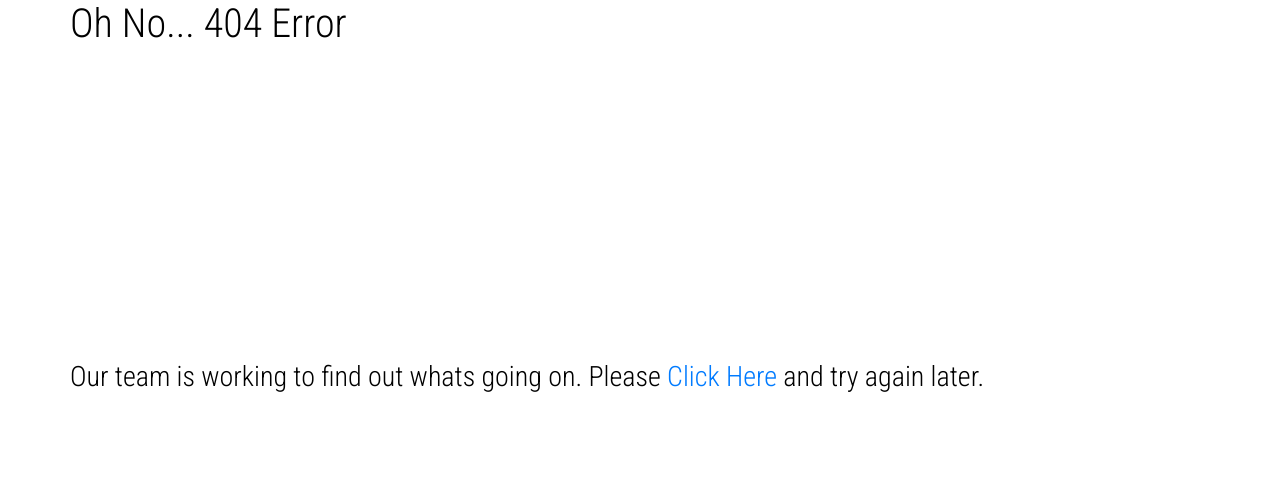
Repository: Code-Institute-Submissions/https-github.com-callendera-Milestone-Project-2
Page: 404.html
The author's editor kept a record of every edit. The page is drawn from the files as they stood at one moment, then again after the next edit.
The browser window is 1280 px wide. The pictures show the whole page.
Some web libraries are served in a nearby version.

Above is the page before.
Console error: TypeError: Cannot read properties of undefined (reading 'fn')

### 404.html
<!DOCTYPE html>
<html lang="en">

<head>
    <meta charset="UTF-8">
    <meta name="viewport" content="width=device-width, initial-scale=1.0">
    <meta http-equiv="X-UA-Compatible" content="ie=edge">
    <title>Fayette County PRIDE</title>


    <link href="https://fonts.googleapis.com/css?family=Amatic+SC:700|Roboto+Condensed:300&display=swap" rel="stylesheet">

    <!--this code provides my Icons-->
    <link rel="stylesheet" href="https://use.fontawesome.com/releases/v5.8.1/css/all.css" integrity="sha384-50oBUHEmvpQ+1lW4y57PTFmhCaXp0ML5d60M1M7uH2+nqUivzIebhndOJK28anvf" crossorigin="anonymous">
    <!--this code allows me to use bootstrap styles and pieces of code-->
    <link rel="stylesheet" href="https://stackpath.bootstrapcdn.com/bootstrap/4.3.1/css/bootstrap.min.css" integrity="sha384-ggOyR0iXCbMQv3Xipma34MD+dH/1fQ784/j6cY/iJTQUOhcWr7x9JvoRxT2MZw1T" crossorigin="anonymous">

    <!--links to my style sheet: style.css-->
    <link rel="stylesheet" href="assets/css/style.css" type="text/css" />




</head>

<body class="text-center">

    <div class="container">
        <div class="row">
   <h1>Oh No... 404 Error</h1>
   <div class="error-body">

   </div>
    <h3>Our team is working to find out whats going on. Please <a href="index.html">Click Here</a> and try again later.</h3>
    </div>

    <!--positioning engine, used throughout webpage-->
    <script src="https://cdnjs.cloudflare.com/ajax/libs/popper.js/1.14.7/umd/popper.min.js " integrity="sha384-UO2eT0CpHqdSJQ6hJty5KVphtPhzWj9WO1clHTMGa3JDZwrnQq4sF86dIHNDz0W1 " crossorigin="anonymous "></script>

    <!--script needed to link my bootstrap javascript classes-->
    <script src="https://stackpath.bootstrapcdn.com/bootstrap/4.3.1/js/bootstrap.min.js " integrity="sha384-JjSmVgyd0p3pXB1rRibZUAYoIIy6OrQ6VrjIEaFf/nJGzIxFDsf4x0xIM+B07jRM " crossorigin="anonymous "></script>


    </div>

    <!-- Modal -->


</body>

</html>

### assets/css/style.css
/** {*/

/*  background: #000 !important;*/

/*  color: #0f0 !important;*/

/*  outline: solid #f00 1px !important;*/

/*}*/

/*--Background Styles--*/

body {
    font-family: 'Roboto Condensed', sans-serif;

    background-color: #ffffff;
    color: black;
    font-size: 20px;
}

footer {
    background-color: #686464;
    color: #ffffff;
    font-size: 12px;
}

.error-body {
    background: url("../images/bounce.gif")repeat center center fixed;
    -webkit-background-size: cover;
    -moz-background-size: cover;
    -o-background-size: cover;
    background-size: contain;

    overflow: hidden;

    align-items: center;
    justify-content: center;
    height: 50vh;
}

.contact-info {
    padding-top: 20px;
}

.callout-container {
    /*--- sets background image for callout container. it is set to not repeat, so the image doesnt stretch, and the image will be centered horizontally and pushed to the top of the container. the background will also not scroll, but remained positioned so things will scroll past it---*/
    background: url("../images/crowd.jpg")no-repeat center center fixed;
    /*--- adjusts background for different browsers ---*/
    -webkit-background-size: cover;
    -moz-background-size: cover;
    -o-background-size: cover;
    background-size: cover;

    /*--- makes the background fit to the container ---*/
    overflow: hidden;

    /*--- aligns and justifies text in container ---*/
    align-items: center;
    justify-content: center;
    /*--- the height that container will take up in the viewport ---*/
    height: 100vh;

}

.involved-container {
    color: black;
    padding-top: 500px;

    /*--- makes the background fit to the container ---*/
    overflow: hidden;

    /*--- aligns and justifies text in container ---*/
    align-items: center;
    justify-content: center;
    /*--- the height that container will take up in the viewport ---*/
    height: 60vh;

}

.opaque-overlay {
    /*---positioned relative to the nearest positioned ancestor---*/
    position: absolute;
    top: 0;
    left: 0;
    /*--- size of overlay to just cover background image ---*/
    height: 100%;
    width: 100%;
    /*--- color of background to be grey but almost transparent to make white text stand out ---*/
    background-color: rgba(0, 0, 0, 0.55);

    /*---pulls content forward to be visible on Z-index axis---*/
    z-index: 1;

}

/*--Navbar Styles--*/

.my-navbar {
    font-family: 'Roboto Condensed', sans-serif;

    /*--- removes margins automatically set by bootstrap ---*/
    margin: 0;
    /*--- removes padding automatically set by bootstrap ---*/
    padding-left: 20px;
    padding-right: 20px;
    padding-bottom: 0;
    padding-top: 0;
    background-color: #ffffff;
    /*--- color of text white ---*/
    height: 150px;
}

.my-navbar-nav {
    /*--- removes padding automatically set by bootstrap ---*/
    padding-left: 30px;
    background-color: #ffffff;


}



.my-nav-link {
    /*--- color of text white ---*/
    color: black;
    /*--- color change transition when hovering over my-nav-link ---*/
    transition: all 0.40s ease-in-out;
    -moz-transition: all 0.40s ease-in-out;
    -webkit-transition: all 0.40s ease-in-out;
    -o-transition: all 0.40s ease-in-out;
    /*--- adjustments for each web browser ---*/
}


.my-navbar-toggler {
    /*--- display to fill contents ---*/
    display: contents;
    width: 2em;
    height: 2em;
    /*--- aligns to fit toggler container ---*/
    vertical-align: middle;
    /*--- content aligned according to parent element ---*/
    content: "";
    /*--- toggler doesn't repeat and it center to container ---*/
    background: no-repeat center center;
    /*--- toggler 100% of toggler container ---*/
    background-size: 100% 100%;

    /*--- color of text white ---*/
    color: black;
    /*--- removes margins automatically set by bootstrap ---*/
    margin-right: 30px;
}

.my-navbar-toggler-icon {
    /*--- color of icon white ---*/
    color: black;

}

.my-navbar-brand {
    font-family: 'Amatic SC', cursive;

}

/*--Buttons--*/

.my-btn {
    /*---blue color--*/
    background-color: #28a74500;
    border-color: #03A9F4;
    color: #03A9F4;
    font-weight: 800;

}

.my-btn:hover {
    /*--- color of background: blue ---*/
    background-color: #03A9F4;
    /*--- when mouse is hovered the button will transition for .40seconds to a darker green color. the color will gradually ease in and then ease out. ---*/
    transition: all 0.40s ease-in-out;
    -moz-transition: all 0.40s ease-in-out;
    -webkit-transition: all 0.40s ease-in-out;
    -o-transition: all 0.40s ease-in-out;
    /*--- adjustments for each web browser ---*/
}

.my-involved-btn {
    background-color: #ffffff;
    border-color: #03A9F4;
    color: #03A9F4;
}

.my-involved-btn:hover {
    /*--- color of background: blue ---*/
    background-color: #03A9F4;
    /*--- when mouse is hovered the button will transition for .40seconds to a darker green color. the color will gradually ease in and then ease out. ---*/
    transition: all 0.40s ease-in-out;
    -moz-transition: all 0.40s ease-in-out;
    -webkit-transition: all 0.40s ease-in-out;
    -o-transition: all 0.40s ease-in-out;
    /*--- adjustments for each web browser ---*/
}

.app-heading {
    padding-bottom: 30px;
}


.volunteer-form {
    padding-top: 200px;
    padding-bottom: 100px;
}

.footer-NPO {
    padding-top: 20px;
}

.footer-social-media {
    padding-left: 20px;
    padding-top: 20px;
}

.footer-social-media i {
    /*---blue color--*/
    color: #03A9F4;
    font-size: 20px;

}

.footer-social-media i:hover {
    /*--- color of background: darker green ---*/
    color: #2567ae;
    /*--- when mouse is hovered the button will transition for .40seconds to a darker green color. the color will gradually ease in and then ease out. ---*/
    transition: all 0.40s ease-in-out;
    -moz-transition: all 0.40s ease-in-out;
    -webkit-transition: all 0.40s ease-in-out;
    -o-transition: all 0.40s ease-in-out;
    /*--- adjustments for each web browser ---*/
}

.social-heading {
    padding-top: 100px;
    font-size: 25px;
}

.social-media i {
    /*---blue color--*/
    color: #03A9F4;
    font-size: 30px;
    padding: 15px;
}

.social-media i:hover {
    /*--- color of background: darker green ---*/
    color: #2567ae;
    /*--- when mouse is hovered the button will transition for .40seconds to a darker green color. the color will gradually ease in and then ease out. ---*/
    transition: all 0.40s ease-in-out;
    -moz-transition: all 0.40s ease-in-out;
    -webkit-transition: all 0.40s ease-in-out;
    -o-transition: all 0.40s ease-in-out;
    /*--- adjustments for each web browser ---*/
}


.my-icon i {
    /*---blue color--*/
    color: #03A9F4;
    font-size: 50px;
}

.my-icon i:hover {
    /*--- color of background: darker blue ---*/
    color: #2567ae;
    /*--- when mouse is hovered the button will transition for .40seconds to a darker blue color. the color will gradually ease in and then ease out. ---*/
    transition: all 0.40s ease-in-out;
    -moz-transition: all 0.40s ease-in-out;
    -webkit-transition: all 0.40s ease-in-out;
    -o-transition: all 0.40s ease-in-out;
    /*--- adjustments for each web browser ---*/
}

/*--- Images ---*/

.involved-div3 {

    background: url("../images/holding.jpg")no-repeat center center;
    /*--- adjusts background for different browsers ---*/
    -webkit-background-size: cover;
    -moz-background-size: cover;
    -o-background-size: cover;
    background-size: cover;

    /*--- makes the background fit to the container ---*/
    overflow: hidden;

    /*--- aligns and justifies text in container ---*/
    align-items: center;
    justify-content: center;

    width: 300px;
    height: 300px;
}

.involved-div2 {

    background: url("../images/vendors.jpg")no-repeat center center;
    /*--- adjusts background for different browsers ---*/
    -webkit-background-size: cover;
    -moz-background-size: cover;
    -o-background-size: cover;
    background-size: cover;

    /*--- makes the background fit to the container ---*/
    overflow: hidden;

    /*--- aligns and justifies text in container ---*/
    align-items: center;
    justify-content: center;

    width: 300px;
    height: 300px;
}

.involved-div1 {

    background: url("../images/rainbow.jpg")no-repeat center center;
    /*--- adjusts background for different browsers ---*/
    -webkit-background-size: cover;
    -moz-background-size: cover;
    -o-background-size: cover;
    background-size: cover;

    /*--- makes the background fit to the container ---*/
    overflow: hidden;

    /*--- aligns and justifies text in container ---*/
    align-items: center;
    justify-content: center;

    width: 300px;
    height: 300px;
}

.involved-padding {
    /*padding-top: 10px;*/
    font-size: 14.3px;
}


.involved-margin {
    margin-top: 40px;
}


.involved-span {
    width: 200px;
    height: 300px;
    background-color: #03A9F4;
    margin: auto;
    color: #ffffff;
}

.event-container {
    padding-top: 80px;
}

.history-div {
    width: 300px;
    margin: auto;
    padding-top: 150px;
}

.group-image-div {

    background: url("../images/group.png")no-repeat center center;
    /*--- adjusts background for different browsers ---*/
    -webkit-background-size: cover;
    -moz-background-size: cover;
    -o-background-size: cover;
    background-size: cover;

    /*--- makes the background fit to the container ---*/
    overflow: hidden;

    /*--- aligns and justifies text in container ---*/
    align-items: center;
    justify-content: center;

    height: 300px;
    width: 800px;
    margin-left: ;

}

.insta1 {
    background: url("../images/day.png")no-repeat center center;
    /*--- adjusts background for different browsers ---*/
    -webkit-background-size: cover;
    -moz-background-size: cover;
    -o-background-size: cover;
    background-size: cover;

    /*--- makes the background fit to the container ---*/
    overflow: hidden;

    /*--- aligns and justifies text in container ---*/
    align-items: center;
    justify-content: center;
}

.insta2 {
    background: url("../images/stonewall.png")no-repeat center center;
    /*--- adjusts background for different browsers ---*/
    -webkit-background-size: cover;
    -moz-background-size: cover;
    -o-background-size: cover;
    background-size: cover;

    /*--- makes the background fit to the container ---*/
    overflow: hidden;

    /*--- aligns and justifies text in container ---*/
    align-items: center;
    justify-content: center;
}

.insta3 {
    background: url("../images/pride2.png")no-repeat center center;
    /*--- adjusts background for different browsers ---*/
    -webkit-background-size: cover;
    -moz-background-size: cover;
    -o-background-size: cover;
    background-size: cover;

    /*--- makes the background fit to the container ---*/
    overflow: hidden;

    /*--- aligns and justifies text in container ---*/
    align-items: center;
    justify-content: center;
}

.insta4 {
    background: url("../images/poster.png")no-repeat center center;
    /*--- adjusts background for different browsers ---*/
    -webkit-background-size: cover;
    -moz-background-size: cover;
    -o-background-size: cover;
    background-size: cover;

    /*--- makes the background fit to the container ---*/
    overflow: hidden;
    /*--- aligns and justifies text in container ---*/
    align-items: center;
    justify-content: center;
}


.insta5 {
    background: url("../images/wrong.png")no-repeat center center;
    /*--- adjusts background for different browsers ---*/
    -webkit-background-size: cover;
    -moz-background-size: cover;
    -o-background-size: cover;
    background-size: cover;

    /*--- makes the background fit to the container ---*/
    overflow: hidden;

    /*--- aligns and justifies text in container ---*/
    align-items: center;
    justify-content: center;
}

.insta6 {
    background: url("../images/sky.png")no-repeat center center;
    /*--- adjusts background for different browsers ---*/
    -webkit-background-size: cover;
    -moz-background-size: cover;
    -o-background-size: cover;
    background-size: cover;

    /*--- makes the background fit to the container ---*/
    overflow: hidden;

    /*--- aligns and justifies text in container ---*/
    align-items: center;
    justify-content: center;
}

.insta-container {
    padding-left: 85px;
}

.insta-div {
    width: 200px;
    height: 200px;
    background-color: black;
    margin-bottom: 40px;
}

/*---------------TIMELINE-------------*/

.time-map-margin {
    margin-top: 40px;
}

.map {
    height: 200px;
}

div#map {

    min-height: 360px;

}

.events-heading {
    margin-top: 80px;
}

.my-timeline-item {
    /*--- removes padding automatically set by bootstrap ---*/
    padding: 4em 2em 0em 2em;
    /*---positioned relative to normal position---*/
    position: relative;
    /*--- creates solid line for timeline ---*/
    border-left: 1px solid;
}

.my-timeline-item p {
    /*--- removes padding automatically set by bootstrap ---*/
    padding: 0;
    /*--- removes margins automatically set by bootstrap ---*/
    margin: 0;
}

/*--- 'before' sets dates ---*/

.my-timeline-item:before {
    /*--- timeline displays dates to and the attribute sets them to be in order ---*/
    content: attr(data-dates);
    position: absolute;
    left: 2.5em;
    top: 3em;
    display: block;
    font-weight: 500;
    font-size: 0.8em;
    /*--- removes padding automatically set by bootstrap ---*/
    padding: 0;
    /*--- removes margins automatically set by bootstrap ---*/
    margin: 0;
}

/*--- 'after sets dots  ---*/

.my-timeline-item:after {
    width: 12px;
    height: 12px;
    display: block;
    top: 2.4em;
    /*---positioned relative to the nearest positioned ancestor---*/
    position: absolute;
    left: -6px;
    border-radius: 12px;
    content: '';
    background-color: black;
}

.my-timeline {
    /*--- removes padding automatically set by bootstrap ---*/
    padding-left: 100px;
    padding-top: 20px;
    padding-right: 50px;
    padding-bottom: 20px;

    z-index: 2;
}



/*---MISC.--*/

.my-block-divider {
    width: 250px;
    height: 3px;
    /*--- no outline on divider ---*/
    border: 0;
    /*--- color of block divider, grey and slightly transparent ---*/
    background-color: #ffeb3b;
}

.my-text-box {
    padding: 25px;
}

.myform {
    width: 250px;
    margin: auto;
}

.my-jumbotron {
    height: 630px;
    width: 325px;
    margin-left: 25px;
    margin-top: 120px;
    font-size: 40px;

}

.involved-container {
    padding: 0px;
}

.cover-heading {
    font-family: 'Amatic SC', cursive;
    font-size: 100px;
    padding-top: 100px;

}

/*---Media Queries--*/

@media (min-width: 576px) {
    .my-navbar-nav {
        padding-left: 0px;
    }

    .opaque-overlay {
        height: 60vh;

    }

    .involved-container {
        padding: 0px;
    }

    .my-jumbotron {
        width: 500px;
        margin-left: 38px;
        margin-right: 38px;
        margin-top: 90px;
    }
    .myform {
        width: 400px;
    }

    .insta-div {
        height: 130px;
        width: 130px;
        margin: 10px;
    }

    .insta-container {
        margin: auto;
        padding-left: 60px;
        padding-right: 60px;
    }

}

@media (min-width: 768px) {

    .insta-div {
        height: 170px;
        width: 170px;
        margin: 10px;
    }

    .insta-container {
        margin: auto;
        padding-left: 90px;
        padding-right: 60px;
    }

    .involved-padding {
        padding-top: 40px;
    }

    .involved-span {
        padding-top: 30px;

    }
    .history-div {
        width: 600px;

        padding-top: 150px;

    }

    .my-jumbotron {
        width: 600px;
        margin-left: 84px;
        margin-right: 84px;
        margin-top: 100px;
    }

    .myform {
        width: 500px;
        margin: auto;
    }
}

@media (min-width: 992px) {

    .my-jumbotron {
        width: 900px;
        margin-left: 46px;
        margin-right: 46px;
        margin-top: 85px;
    }

    .myform {
        width: 800px;
    }

    .involved-margin {
        margin-left: 150px;
        margin-right: 150px;
        margin-top: 40px;

    }

    .involved-span {
        padding-top: 30px;
        background-color: #03A9F4;
        margin-top: 200px;
        color: #ffffff;
    }

    .history-div {
        width: 600px;

        padding-top: 150px;

    }

    .insta-div {

        margin: 40px;
    }


}

@media (min-width: 1200px) {

    .opaque-overlay {
        height: 90vh;

    }

    .my-jumbotron {

        width: 1150px;
        margin: auto;
        margin-top: 100px;

    }


    .history-div {
        width: 600px;

        padding-top: 150px;
        margin: auto;
    }



    .involved-margin {
        margin-left: 140px;
        margin-right: 250px;
        margin-top: 40px;
        width: 850px;
    }



    .involved-span {

        background-color: #03A9F4;
        margin-top: 200px;
        color: #ffffff;
    }

    .involved-div1 {
        width: 300px;
        height: 300px;
    }
    .involved-div2 {
        width: 300px;
        height: 300px;
    }
    .involved-div3 {
        width: 300px;
        height: 300px;
    }

    .myform {
        width: 1100px;
        margin: auto;
    }

    .involved-padding {
        padding-right: 15px;
        padding-left: 15px;
        padding-top: 40px;
    }


    .my-block-divider {
        width: 300px;

    }

    .insta-div {
        width: 250px;
        height: 250px;
        background-color: black;
        margin: 40px;
    }
}

After the next edit:
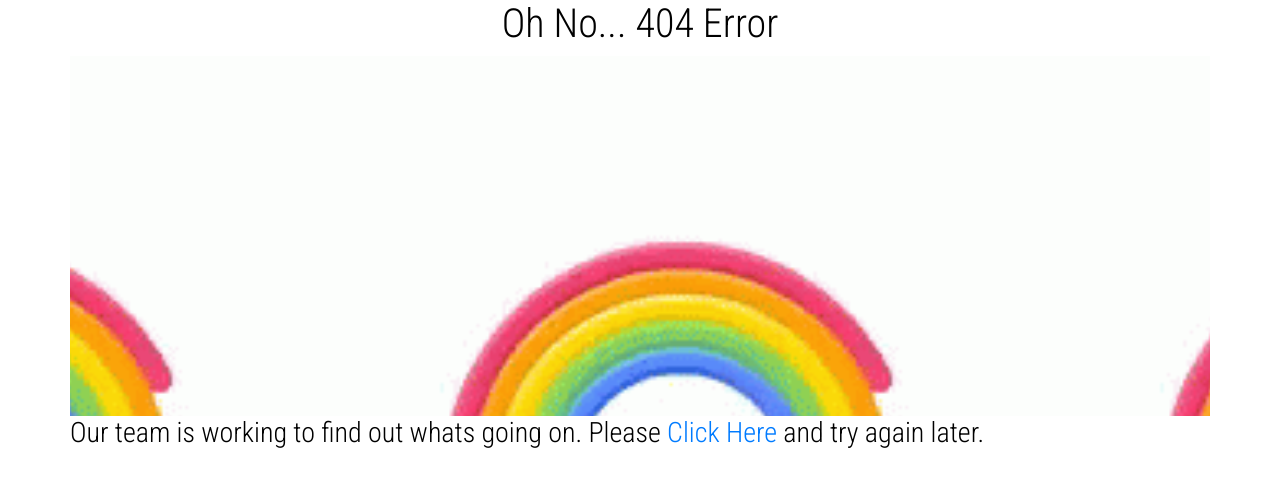
The edit:
--- a/404.html
+++ b/404.html
@@ -27,11 +27,12 @@
 
     <div class="container">
         <div class="row">
-   <h1>Oh No... 404 Error</h1>
-   <div class="error-body">
+            <h1 class="col-12">Oh No... 404 Error</h1>
+            <div class="error-body col-12">
 
-   </div>
-    <h3>Our team is working to find out whats going on. Please <a href="index.html">Click Here</a> and try again later.</h3>
+            </div>
+            <h3>Our team is working to find out whats going on. Please <a href="index.html">Click Here</a> and try again later.</h3>
+        </div>
     </div>
 
     <!--positioning engine, used throughout webpage-->
